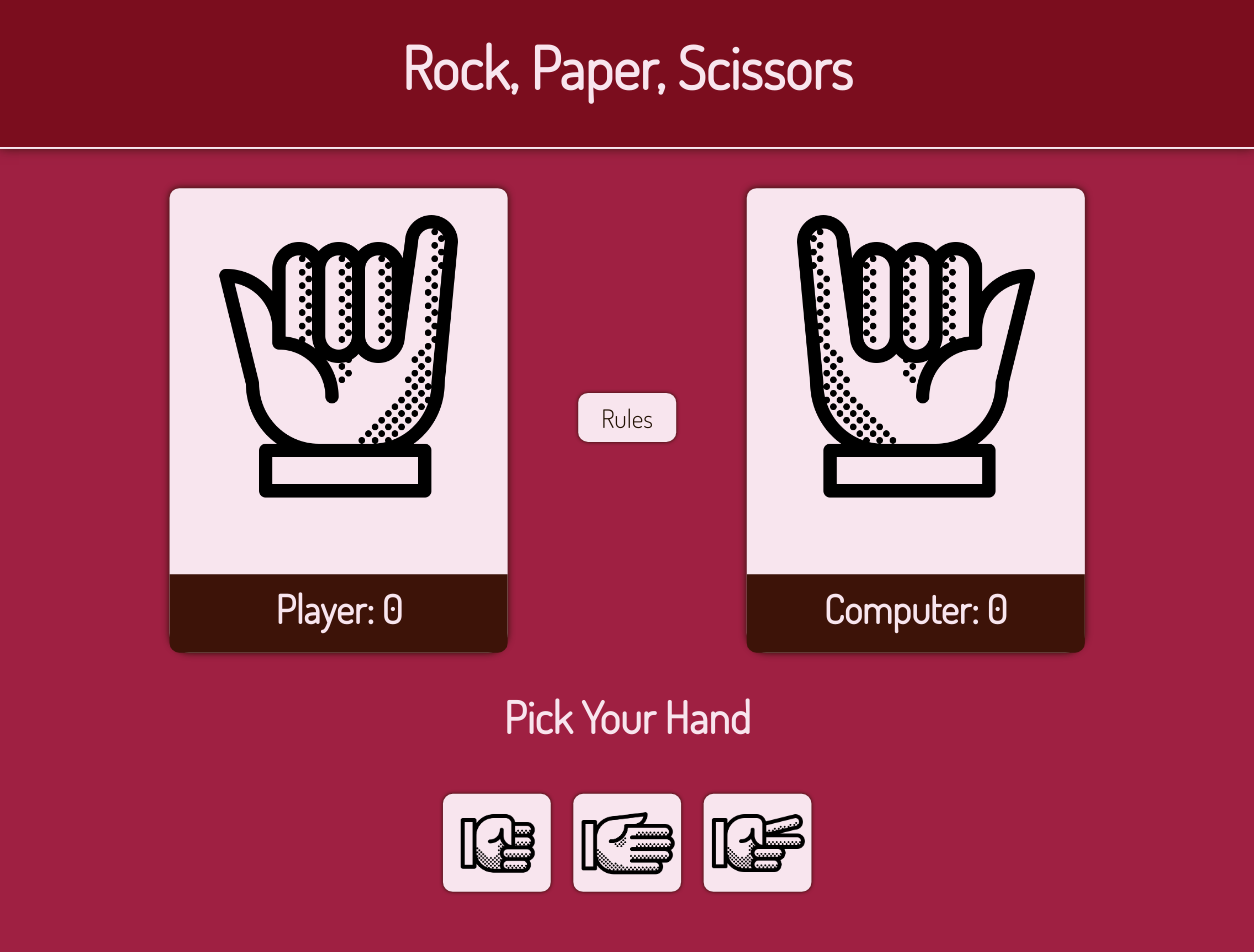
Repository: shayanabedi98/rock-paper-scissors
Page: index.html
The author's editor kept a copy of each file at every save. The page is drawn from the files as they stood at one save, then again after the next save.
The browser window is 1280 px wide. The pictures show the whole page, at 98% of full size.

Above is the page before, as saved 2023-07-21 13:30:45.

### index.html
<!DOCTYPE html>
<html lang="en">
<head>
    <meta charset="UTF-8">
    <meta name="viewport" content="width=device-width, initial-scale=1.0">
    <title>Rock, Paper, Scissors</title>
    <link rel="preconnect" href="https://fonts.googleapis.com">
    <link rel="preconnect" href="https://fonts.gstatic.com" crossorigin>
    <link href="https://fonts.googleapis.com/css2?family=Dosis:wght@300&display=swap" rel="stylesheet">
    <link rel="stylesheet" href="styles.css">
</head>
<body>
    <div class="dark-div">
    </div>
    <div class="header">
        <h1>Rock, Paper, Scissors</h1>
    </div>
    <div class="rules-btn">
        <button>Rules</button>
    </div>
    <div class="container">
        <div class="card">
            <div class="player">
                <img src="resources/startleft.png" alt="Starting image before game">
                <h3>Player: 0</h3>
            </div>
        </div>
        <div class="card">
            <div class="computer">
                <img src="resources/start.png" alt="Starting image before game">
                <h3>Computer: 0</h3>
            </div>
        </div>
    </div>
    <div class="caption">
        <h2>Pick Your Hand</h2>
    </div>
    <div class="button-container">
        <button class="btn" id="rock"><img src="resources/rockleft.png" alt="rock option"></button>
        <button class="btn" id="paper"><img src="resources/paperleft.png" alt="paper option"></button>
        <button class="btn" id="scissors"><img src="resources/scissorsleft.png" alt="scissors option"></button>
    </div>
    <div class="rules">
        <h1>Rules</h1>
        <p>Rock beats Scissors. <br>Paper beats Rock. <br>Scissors beats Paper. <br>You(Player) vs Computer. <br>Best 3/5 wins. <br>Simple enough?</p>
        <button>Close</button>
    </div>
    <script src="index.js"></script>
</body>
</html>

### styles.css
body {
    font-family:'Dosis', sans-serif;
    margin: 0;
    padding: 0;
    background-color: #9F2042;
    color: #F8E5EE;
}

h1 {
    font-size: 60px;
    margin-top: 0;

}

.dark-div {
    background-color: #211103;
    position: absolute;
    z-index: 1;
    width: 100%;
    height: 100%;
    opacity: 0;
    visibility: hidden;
}

.header {
    text-align: center;
    background-color: #7B0D1E;
    height: 120px;
    padding-top: 30px;
    box-shadow: 0 0 12px 0 #211103;
}

.rules-btn {
    border: 1px solid;
    text-align: center;
}

.rules-btn button {
    font-family: 'Dosis', sans-serif;
    font-size: 26px;
    background-color: #F8E5EE;
    color: #211103;
    width: 100px;
    height: 50px;
    cursor: pointer;
    border: 0;
    border-radius: 10px;
    box-shadow: 0 0 4px 0 #211103;
    position: absolute;
    margin-top: 250px;
    transform: translateX(-50px);
    text-align: center;
}

.caption {
    text-align: center;
    font-size: 30px;
}

.container {
    text-align: center;
    display: block;
    margin-top: 40px;
}

.card {
    display: inline-block;
    background-color: #F8E5EE;
    box-shadow: 0 0 8px 0 #211103;
    margin: 0 120px;
    border-radius: 10px 10px 20px 20px;
}

.card img {
    height: 350px;
    width: 345px;
}

.card h3 {
    font-size: 40px;
    color: #F8E5EE;
    background-color: #3D1308;
    margin-bottom: 0;
    height: 70px;
    padding-top: 10px;
    border-radius: 0  0 10px 10px;
}

.button-container {
    text-align: center;
    margin-top: 50px;
    height: 161px;
}

#rock, #paper, #scissors {
    font-family: 'Dosis', sans-serif;
    background-color: #F8E5EE;
    color: #211103;
    width: 110px;
    height: 100px;
    cursor: pointer;
    border: 0;
    border-radius: 10px;
    box-shadow: 0 0 4px 0 #211103;
    margin: 0 10px;
}

#rock img, #paper img, #scissors img {
    height: 100px;
}

#rock:hover, #paper:hover, #scissors:hover {
    box-shadow: 0 0 10px 0 #211103;
}

#rock:active, #paper:active, #scissors:active, #rock img:active, #paper img:active, #scissors img:active {
    box-shadow: none;
    height: 99px;
}

.rules {
    background-color: #F8E5EE;
    color: #211103;
    position: absolute;
    box-shadow: 0 0 10px 0 #211103;
    border-radius: 10px;
    text-align: center;
    margin-left: 40%;
    transform: translateY(-700px);
    width: 20%;
    z-index: 2;
    height: 450px;
    opacity: 0;
    visibility: hidden;
}

.rules p {
    font-size: 30px;
}

.rules button {
    font-family: 'Dosis', sans-serif;
    font-size: 26px;
    font-weight: 600;
    background-color: #F8E5EE;
    width: 80px;
    border: 0;
    text-decoration: overline;
    cursor: pointer;
}

.winner {
    text-align: center;
    margin-top: 350px;
}

.winner button {
    font-family: 'Dosis', sans-serif;
    font-size: 40px;
    font-family: 'Dosis', sans-serif;
    background-color: #F8E5EE;
    color: #211103;
    width: 200px;
    height: 100px;
    cursor: pointer;
    border: 0;
    border-radius: 10px;
    box-shadow: 0 0 4px 0 #211103;
}

@media (max-width: 1200px) {

    .rules-btn button {
        margin-top: 150px;
    }

    .card img {
        height: 210px;
        width: 200px;
    }
    .card h3 {
        margin-top: 0;
        font-size: 30px;
    }
}

@media (max-width: 900px) {

    .card {
        margin: 0 70px;
    }

    .card img {
        height: 190px;
        width: 180px;
    }
}

@media (max-width: 680px) {
    .rules-btn button {
        width: 60px;
        height: 35px;
        font-size: 20px;
        margin-left: 20px;
    }

    .card {
        margin: 0 50px;
    }
}

@media (max-width: 565px) {

    h1 {
        font-size: 50px;
    }

    .header {
        text-align: center;
        background-color: #7B0D1E;
        height: 80px;
        padding-top: 10px;
        box-shadow: 0 0 12px 0 #211103;
    }

    .card {
        margin: 0 40px;
    }

    .card img {
        height: 160px;
        width: 150px;
    }
    .card h3 {
        font-size: 20px;
        height: 30px;
        padding-top: 2px;
    }
}

@media (max-width: 465px) {
    .rules-btn button {
        position: relative;
    }
}

### index.js
var scoreP = 0;
var scoreC = 0;
var winner = document.querySelector('.winner');
var caption = document.querySelector('.caption h2');
var rock = document.querySelector('#rock');
var paper = document.querySelector('#paper');
var scissors = document.querySelector('#scissors');
var computer = document.querySelector('.computer img');
var player = document.querySelector('.player img');
var btn = document.querySelectorAll('.btn');
var playerPick;
var computerPick;
var rules = document.querySelector('.rules');
var rulesClose = document.querySelector('.rules button');
var rulesButton = document.querySelector('.rules-btn button');
var darkDiv = document.querySelector('.dark-div');

//animations for the rules card
rulesButton.addEventListener('click', function() {
    rules.style.opacity = '100';
    rules.style.transition = "0.5s"
    rules.style.visibility = 'visible';
    darkDiv.style.opacity = '0.5';
    darkDiv.style.transition = "0.5s"
    darkDiv.style.visibility = 'visible';
});

rulesClose.addEventListener('click', function() {
    rules.style.visibility = 'hidden';
    rules.style.opacity = '0';
    rules.style.transition = "0.5s";
    darkDiv.style.visibility = 'hidden';
    darkDiv.style.opacity = '0';
    darkDiv.style.transition = "0.5s";
});

//game mechanics
function rng() {
    return Math.floor(Math.random() * 3) + 1;
};

rock.addEventListener('click', function() {
    player.src = 'resources/rockleft.png';
    playerPick = 'rock';
});
paper.addEventListener('click', function() {
    player.src = 'resources/paperleft.png';
    playerPick = 'paper';
});
scissors.addEventListener('click', function() {
    player.src = 'resources/scissorsleft.png';
    playerPick = 'scissors';
});

for (let i = 0; i < btn.length; i ++){
    btn[i].addEventListener('click', function() {
        rng();
        if (rng() === 1) {
            computer.src = 'resources/rock.png';
            computerPick = 'rock';
        } else if (rng() === 2) {
            computer.src = 'resources/paper.png';
            computerPick = 'paper';
        } else if (rng() === 3) {
            computer.src = 'resources/scissors.png';
            computerPick = 'scissors';
        }

        if (playerPick === computerPick) {
            caption.innerHTML = 'Tie!';
        }

        else if ((playerPick === 'rock' && computerPick === 'paper') || (playerPick === 'scissors' && computerPick === 'rock') || (playerPick === 'paper' && computerPick === 'scissors')) {
            caption.innerHTML = 'Point for Computer!';
            scoreC ++;
        }

        else if ((playerPick === 'rock' && computerPick === 'scissors') || (playerPick === 'scissors' && computerPick === 'paper') || (playerPick === 'paper' && computerPick === 'rock')) {
            caption.innerHTML = 'Point for Player!';
            scoreP ++;
        }

        document.querySelector('.player h3').innerHTML = 'Player: ' + scoreP;
        document.querySelector('.computer h3').innerHTML = 'Computer: ' + scoreC;

        if (scoreC === 3) {
            window.location.replace('./loser.html');
        } else if (scoreP === 3) {
            window.location.replace('./winner.html');

        }
    });
};

function playAgain() {
    window.location.replace('./index.html');
};

After the next save:
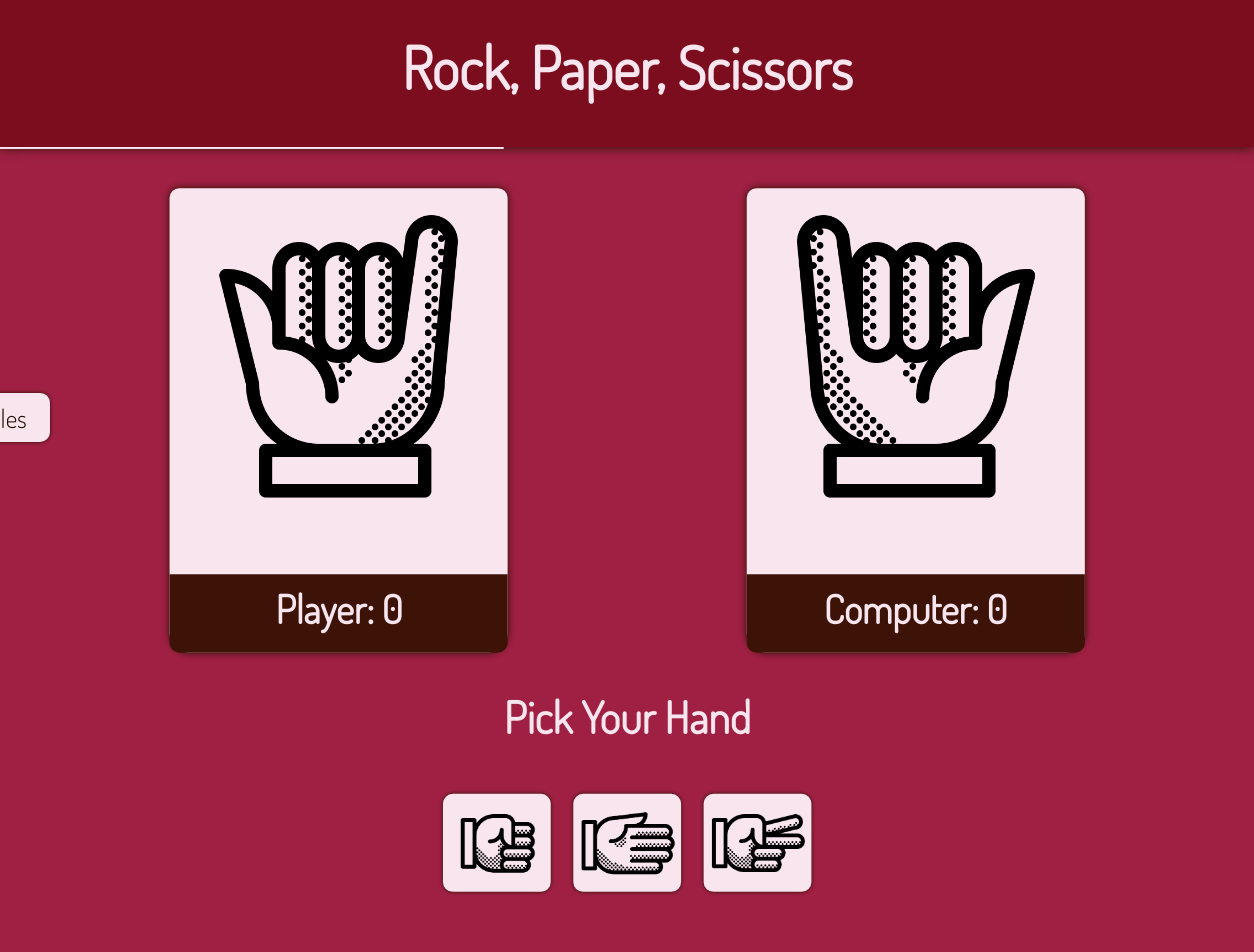
Saved 39 s later.
--- a/styles.css
+++ b/styles.css
@@ -32,7 +32,7 @@ h1 {
 
 .rules-btn {
     border: 1px solid;
-    text-align: center;
+width: 40%;
 }
 
 .rules-btn button {
